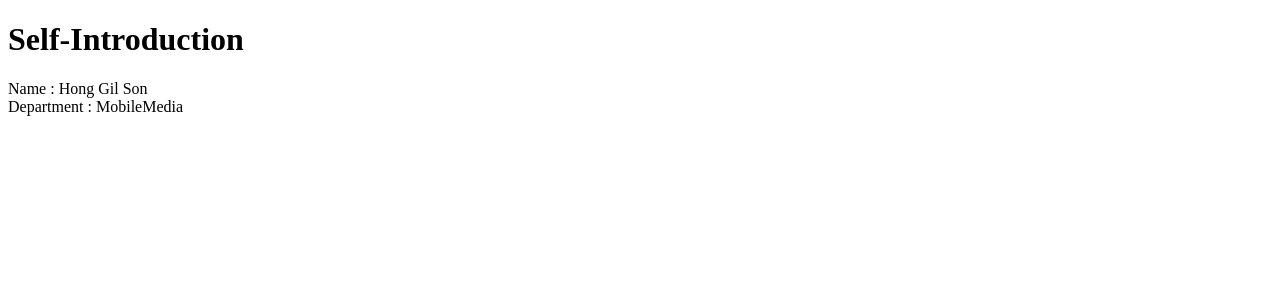
Repository: bobo1201/jspwork
Page: http://localhost/JSPBook/HelloJSP3.jsp
These files come from the project's save history. The page is drawn as it stood at one moment and after a run of saves; the edit follows.
The browser window is 1280 px wide. The pictures show the whole page.
The page is served by Tomcat 9.

Above is the page before, as saved 2023-02-27 01:51:33.

### JSPBook/src/main/webapp/HelloJSP3.jsp
<%@ page language="java" contentType="text/html; charset=UTF-8"
    pageEncoding="UTF-8"%>
<!DOCTYPE html>
<html>
<head>
<meta charset="UTF-8">
<title>JSP</title>
</head>
<body>
	<h1>Self-Introduction</h1>
	Name : Hong Gil Son <br>
	Department : MobileMedia
</body>
</html>

After the next 2 saves:
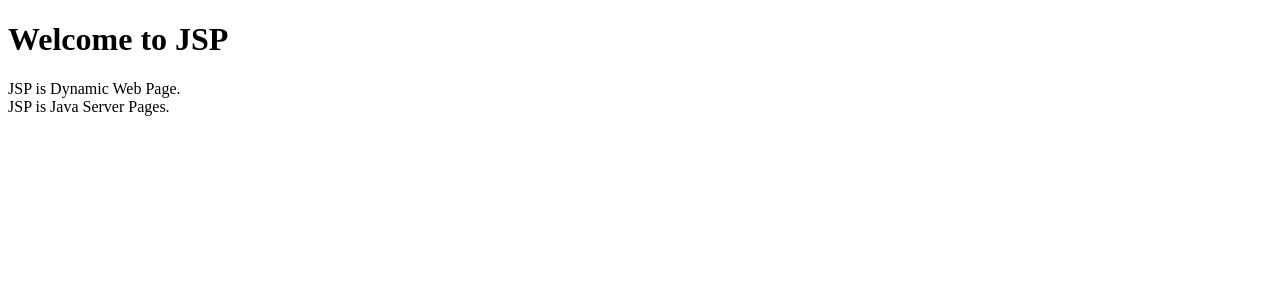
The 2 saves are shown as one change because they came seconds apart.
The last was saved 75 s later.
--- a/JSPBook/src/main/webapp/HelloJSP3.jsp
+++ b/JSPBook/src/main/webapp/HelloJSP3.jsp
@@ -7,8 +7,8 @@
 <title>JSP</title>
 </head>
 <body>
-	<h1>Self-Introduction</h1>
-	Name : Hong Gil Son <br>
-	Department : MobileMedia
+	<h1>Welcome to JSP</h1>
+	JSP is Dynamic Web Page. <br>
+	JSP is Java Server Pages.
 </body>
 </html>
